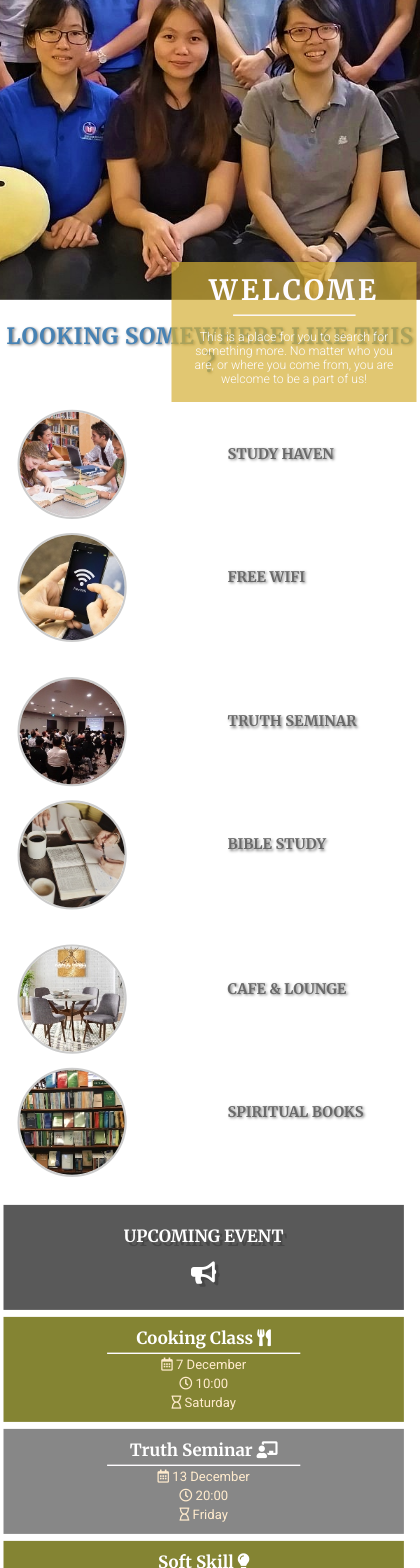
Repository: kongteckmee/christian-sc
Page: index.html
The author's editor kept a record of every edit. The page is drawn from the files as they stood at one moment, then again after the next edit.
The browser window is 600 px wide. The pictures show the part of the page from y = 395 to 2635 px (the page is 2953 px tall), at 70% of full size.
Some web libraries are served in a nearby version.

Above is the page before.

### index.html
<!DOCTYPE html>
<html lang="en">

<head>
    <meta charset="UTF-8">
    <meta name="viewport" content="width=device-width, initial-scale=1.0">
    <meta http-equiv="X-UA-Compatible" content="ie=edge">
    <link rel="stylesheet" href="https://use.fontawesome.com/releases/v5.1.1/css/all.css" integrity="sha384-O8whS3fhG2OnA5Kas0Y9l3cfpmYjapjI0E4theH4iuMD+pLhbf6JI0jIMfYcK3yZ" crossorigin="anonymous">
    <link rel="stylesheet" href="assets/css/style.css" type="text/css" />
    <title>Christian Student Center</title>
</head>

<body>
    <header>
        <a id="logo" href="index.html">
            <h2><span style="font-size: 150%">Christian</span> SC</h2>
        </a>
        <nav>
            <ul id="scmenu">
                <li>
                    <a href="meet.html">Meet Us</a>
                </li>
                <li>
                    <a href="gallery.html">Gallery</a>
                </li>
                <li>
                    <a class="scactive" href="index.html">Home</a>
                </li>
            </ul>
        </nav>
    </header>
    <section id="scmeetingrange">
        <div id="welcome-text">
            <h1>Welcome</h1>
            <hr>
            <h3>This is a place for you to search for something more. No matter who you are, or where you come from, you are welcome to be a part of us!</h3>
        </div>
    </section>
    <section id="about">
        <h1>Looking Somewhere Like This ?</h1>
        <div id="left">
            <div class="left-right-side">
                <h2>Study Haven</h2>
                <br>
                <p>A better place for your study and assignment.</p>
            </div>
            <div class="container">
                <div id="contain-study"></div>
            </div>
            <div class="left-right-side">
                <h2>Free Wifi</h2>
                <br>
                <p>Free wifi that allows to connect to the Internet.</p>
            </div>
            <div class="container">
                <div id="contain-wifi"></div>
            </div>
        </div>
        <div id="right">
            <div class="left-right-side">
                <h2>Truth Seminar</h2>
                <br>
                <p>God does not hide truth — He wants us to understand!</p>
            </div>
            <div class="container">
                <div id="contain-seminar"></div>
            </div>
            <div class="left-right-side">
                <h2>Bible Study</h2>
                <br>
                <p>Let the God's words to lead and guide.</p>
            </div>
            <div class="container">
                <div id="contain-bible"></div>
            </div>
        </div>
        <div id="center">
            <div class="middle">
                <h2>Cafe & Lounge</h2>
                <br>
                <p>A great place to chill and relax.</p>
            </div>
            <div class="container">
                <div id="contain-cafe"></div>
            </div>
            <div class="middle">
                <h2>Spiritual Books</h2>
                <br>
                <p>Supply by the heavenly food individually or corporately.</p>
            </div>
            <div class="container">
                <div id="contain-books"></div>
            </div>
        </div>
    </section>
    <section id="event">
        <div class="event-black">
            <h2>Upcoming Event</h2>
            <i class="fas fa-bullhorn"></i>
        </div>
        <div class="event-green">
            <h2>Cooking Class <i class="fas fa-utensils"></i></h2>
            <hr>
            <h3><i class="far fa-calendar-alt"></i> 7 December</h3>
            <h3><i class="far fa-clock"></i> 10:00</h3>
            <h3><i class="far fa-hourglass"></i> Saturday</h3>
        </div>
        <div class="event-grey">
            <h2>Truth Seminar <i class="fas fa-chalkboard-teacher"></i></h2>
            <hr>
            <h3><i class="far fa-calendar-alt"></i> 13 December</h3>
            <h3><i class="far fa-clock"></i> 20:00</h3>
            <h3><i class="far fa-hourglass"></i> Friday</h3>
        </div>
        <div class="event-green">
            <h2>Soft Skill <i class="fas fa-lightbulb"></i></h2>
            <hr>
            <h3><i class="far fa-calendar-alt"></i> 19 December</h3>
            <h3><i class="far fa-clock"></i> 16:30</h3>
            <h3><i class="far fa-hourglass"></i> Thursday</h3>
        </div>
        <div class="event-grey">
            <h2>Guitar Class <i class="fas fa-music"></i></h2>
            <hr>
            <h3><i class="far fa-calendar-alt"></i> 28 December</h3>
            <h3><i class="far fa-clock"></i> 14:00</h3>
            <h3><i class="far fa-hourglass"></i> Saturday</h3>
        </div>
    </section>
    <footer>
        <div id="footer-copyright">
            <p>Copyright © 2019 Christian Student Center. All Rights Reserved.</p>
        </div>
    </footer>
</body>

</html>

### assets/css/style.css
@import url('https://fonts.googleapis.com/css?family=Merriweather:500,600,700|Roboto:300,400,500');

* {
    margin: 0;
    padding: 0;
    border: 0;
}

body {
    font-family: 'Roboto', sans-serif;
    color: #696969; /*Grey color */
}

/* ------------------------------------------------------ Header */

header {
    line-height: 75px;
}

#logo {
    float: left;
    margin-left: 20px;
    text-decoration: none;
}

#logo h2 {
    font-family: 'Merriweather', serif;
    font-size: 200%;
    color: #4682b4; /* Steel Blue color */
    text-shadow: 2px 2px 4px #808080;
}

#scmenu {
    font-size: 120%;
    list-style-type: none;
    letter-spacing: 2px;
}

#scmenu li {
    float: right;
    margin-right: 30px;
}

#scmenu a {
    text-decoration: none;
    color: inherit;
}

#scmenu a:hover {
    color: #4682b4; /* Steel Blue color */
    font-weight: 500;
    text-shadow: 2px 2px 4px #808080;
}

.scactive {
    font-weight: 500;
    text-shadow: 2px 2px 4px #808080;
}

/* ------------------------------------------------------ Home-Section: Welcome */

#scmeetingrange {
    height: 700px;
    width: 100%;
    background: url("../img/home/meeting-t.jpg") no-repeat center center;
    overflow: hidden;
}

#welcome-text {
    width: 400px;
    height: 220px;
    padding-top:20px;
    bottom: 15px; /* Fixed the welcome text box-bottom */
    right: 15px; /* Fixed the welcome text box-right */
    background-color: rgba(212,175,55,.7);
    color: #fefcff; /* Milky white */
    position: absolute;
    text-align: center;
}

#welcome-text h1 {
    margin-bottom: 5px;
    font-size: 300%;
    font-family: 'Merriweather', serif;
    text-transform: uppercase;
    letter-spacing: 4px;
}

hr {
    width: 80%;
    height: 3px;
    margin-left: auto;
    margin-right: auto;
    background-color:#fefcff; /* Milky white */
}

#welcome-text h3 {
    margin: 20px;
    font-size: 130%;
    font-weight: 300;
}

/* ------------------------------------------------------ Home-Section: About */

#about {
    height: 500px;
}

#about h1, #about h2 {
    font-family: 'Merriweather', serif;
    text-transform: uppercase;
    text-shadow: 2px 2px 4px #808080;
}

#about h1 {
    margin-top: 30px;
    margin-bottom: 30px;
    color: #4682b4; /* Steel Blue color */
    text-align: center;
    font-size: 200%;
    letter-spacing: 1px;
}

#about h2 {
    font-size: 130%;
}

#left, #right {
    margin-right: 30px;
    padding-top: 30px;
    width: 30%;
}

#left {
    float: left;
}

#right {
    float: right;
}

#center {
    padding-top: 30px;
    width: 33%;
    margin: 0 auto; /* center the div */
}

br {
    display: block;
    content: "";
    margin: 2em;
    font-size: 24%; /* spacing */
}

.left-right-side, .middle {
    width: 50%;
    float: right;
    padding-top: 40px;
}

.left-right-side {
    clear: both;
    margin-left: 20px;
    margin-bottom: 50px;
}

.middle {
    margin-right: 20px;
}

.container {
    width: 150px;
    height: 150px;
    border: 3px solid #cccccc;
    border-radius: 50%;
    margin-left: 20px;
    margin-bottom: 20px;
}

#contain-study {
    background: url("../img/home/study-group.jpg") no-repeat center center;
    height: 100%;
    border-radius: 50%;
}

#contain-wifi {
    background: url("../img/home/free-wifi.jpg") no-repeat center center;
    height: 100%;
    border-radius: 50%;
}

#contain-seminar {
    background: url("../img/home/truth-seminar.jpg") no-repeat center center;
    height: 100%;
    border-radius: 50%;
}

#contain-bible {
    background: url("../img/home/bible-study.jpg") no-repeat center center;
    height: 100%;
    border-radius: 50%;
}

#contain-cafe {
    background: url("../img/home/cafe.jpg") no-repeat center center;
    height: 100%;
    border-radius: 50%;
}

#contain-books {
    background: url("../img/home/spiritual-book.jpg") no-repeat center center;
    height: 100%;
    border-radius: 50%;
}

/* ------------------------------------------------------ Home-Section: Event */

#event {
    height: 250px;
}

#event div {
    color: #ffebcd;
    width: 19.2%;
    height: 90%;
    float: left;
    padding-top: 30px;
    text-align: center;
    margin: 5px;
}

#event h2 {
    color: #ffffff;
    font-family: 'Merriweather', serif;
    margin-bottom: 20px;
}

#event h3 {
    margin-top: 20px;
    font-weight: 400;
}

.event-black {
    background-color: rgba(48,48,48,.8);
    text-shadow: 5px 5px 0px rgba(0,0,0,0.2);
}

.event-black h2 {
    padding: 30px;
    text-transform: uppercase;
}

.event-black i {
    color: #ffffff;
    font-size: 200%;
}

.event-grey {
    background-color: rgba(105,105,105,.8);
}

.event-green {
    background-color: rgba(102,102,0,.8);
}

/* ------------------------------------------------------ Footer */

footer {
    /*margin-top: 5px;*/
    border-top: 1px solid #fff;
    height: 40px;
    width: 100%;
    background-color: #333333;
    clear: both;
}

footer #footer-copyright {
    color: #fff;
    line-height: 35px;
    font-size: 80%;
    text-align: center;
}

/* ------------------------------------------------------ Gallery */

#scgallery {
    width: 100%;
    clear: both;
    background-color: #e6e2d3;
}

#gallery-text h1, #photo-text h1 {
    margin-bottom: 30px;
    padding-top: 50px;
    font-family: 'Merriweather', serif;
    font-size: 250%;
    text-align: center;
    text-shadow: 2px 2px 4px #808080;
    letter-spacing: 10px;
}

#gallery-text hr, #photo-text hr {
    width: 10%;
    height: 2px;
    margin-bottom: 40px;
    background-color: #808080;
}

#photo-text h3 {
    margin-bottom: 10px;
    font-size: 130%;
    font-weight: 300;
    text-align: center;
}

#video iframe {
    margin: 0 auto;
    display: block;
}

#photo {
    margin-top: 50px;
}

#photo img {
    width: 49%;
    margin-left: 4px;
}

/* ------------------------------------------------------ Meet Us: Location */

#meet {
    height: 650px;
    width: 100%;
    clear: both;
    background: url("../img/meet/desa.jpg") no-repeat center center;
}

#location {
    width: 20%;
    margin: 80px 0 0 150px;
    padding: 30px 30px 30px 30px;
    float: left;
    background-color: rgba(245,245,220,0.6);
    border-radius: 10px;
    color: #000;
    text-align: center;
}

#location h2 {
    font-family: 'Merriweather', serif;
    text-transform: none;
    text-shadow: 2px 2px 4px #808080;
    margin-bottom: 10px;
}

#open {
    padding-top: 30px;
}

#day{
    float: left;
    text-align: right;
    color: #4682b4;
    text-shadow: 2px 2px 4px #fff;
}

#time {
    float: right;
    margin-top: 5px;
    font-weight: 500;
    text-align: left;
    color: #404040;
}

#address, #phone, #follow {
    margin-top: 20px;
}

#address, #follow, #social li {
    clear: both;
    display: inline-block;
}

#contact p, #address p, #phone p {
    font-weight: 500;
    color: #404040;
}

#social i {
    font-size: 30px;
    margin-right: 5px;
    color: #404040;
}

#social i:hover {
    color: #4682b4;
}

/* ------------------------------------------------------ Meet Us: Form */

#form {
    width: 40%;
    margin: 140px 100px 0 0;
    padding: 20px 35px 20px 35px;
    float: right;
    background-color: rgba(60,60,60,0.6);
    border-radius: 10px;
    color: #fafafa;
}

#form p {
    margin-bottom: 20px;
    text-align: center;
}

textarea {
    resize: none;
}

.place-input {
    background-color: rgba(245,245,220,0.6);
    width: 100%;
    height: 25px;
    margin: 2px 0 5px 0;
    border: 3px solid #fafafa;
    border-radius: 5px;
    font-family: 'Roboto', sans-serif;
    font-size: 15px;
}

.place-input:hover {
    border-color: #4682b4;
}

button {
    background-color: #4682b4;
    margin-top: 10px;
    padding: 10px 30px 10px 30px;
    border-radius: 5px;
    color: #fafafa;
    font-size: 100%;
    text-align: center;
    display: block;
    float: right;
}

button:hover {
    background-color: #fafafa;
    color: #4682b4;
}

/* ------------------------------------------------------ Media Queries */

@media (min-width: 768px) and (max-width: 991px) {
    #welcome-text {
        bottom: 250px;
        right: 10px;
    }

    #about {
        width: 80%;
        height: 1200px;
        margin: 0 auto;
    }

    #left, #center, #right {
        width: 100%;
        padding: 15px;
        float: left;
    }

    .left-right-side, .middle {
        width: 50%;
        margin-right: 20px;
    }

    .container {
        margin-left: 50px;
    }

    #event div {
        width: 96%;
        height: 150px;
        padding: 10px;
        clear: both;
    }

    .event-black h2, .event-black h3 {
        line-height: 0;
        margin: 5px;
    }

    .event-black h2 {
        padding: 35px;
    }

    #event h2, #event h3 {
        margin: 8px;
    }

    #video iframe {
        width: 90%;
        height: 500px;
    }

    #photo-text h3 {
        margin: 30px;
    }

    #meet {
        height: 902px;
        background: url("../img/meet/desa_tab.jpg") no-repeat center center;
    }

    #location {
        width: 33%;
        margin: 175px 0 0 20px;
        padding: 30px 20px 30px 20px;
    }

    #form {
        width: 45%;
        margin: 220px 20px 0 10px;
    }

}

@media (min-width: 360px) and (max-width: 767px) {
    #welcome-text {
        width: 350px;
        height: 185px;
        padding-top: 15px;
        bottom: -170px;
        right: 5px;
    }

    #welcome-text h1 {
        margin-bottom: 10px;
        font-size: 250%;
    }

    hr {
        width: 50%;
        height: 2px;
    }

    #welcome-text h3 {
        margin: 20px;
        font-size: 110%;
        font-weight: 300;
    }

    #scmenu {
        clear: left;
        float: left;
        margin-left: 20px;
        margin-bottom: 20px;
        line-height: 25px;
    }

    #about h1 {
        text-align: center;
    }

    #left, #center, #right {
        width: 92%; /* Suit mobile device */
        padding: 15px;
        float: left;
    }

    .left-right-side, .middle {
        width: 42%;
        margin: 10px 10px 0 0;
        float: right;
    }

    .container {
        margin-left: 10px;
        margin-right: 5px;
    }

    #about p {
        display: none;
    }

    #event div {
        width: 92%;
        height: 130px;
        padding: 10px;
        clear: both;
    }

    .event-black h2, .event-black h3 {
        line-height: 0;
        margin: 2px;
    }

    .event-black h2 {
        padding: 30px;
    }

    #event h2, #event h3 {
        margin: 5px;
    }

    #video iframe {
        width: 100%;
        height: 400px;
    }

    #photo-text h3 {
        margin: 20px;
    }

    #photo img {
        width: 100%;
        margin: 0;
    }

    #meet {
        height: 1200px;
        background: none;
        background-color: #808080;
    }

    #location {
        width: 50%;
        margin: 65px 90px 0 90px;
    }

    #form {
        width: 50%;
        margin: 50px 80px 10px 80px;
        padding: 20px 35px 20px 35px;
    }
}

After the next edit:
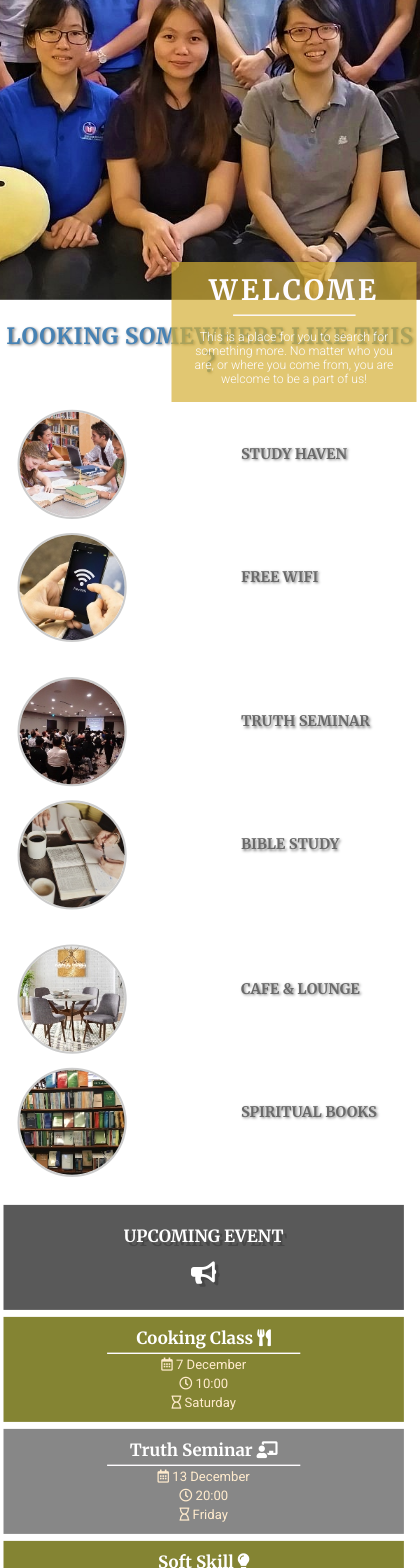
The edit:
--- a/assets/css/style.css
+++ b/assets/css/style.css
@@ -570,8 +570,8 @@
     }
 
     .left-right-side, .middle {
-        width: 42%;
-        margin: 10px 10px 0 0;
+        width: 40%;
+        margin: 10px 2px 0 0;
         float: right;
     }
 
